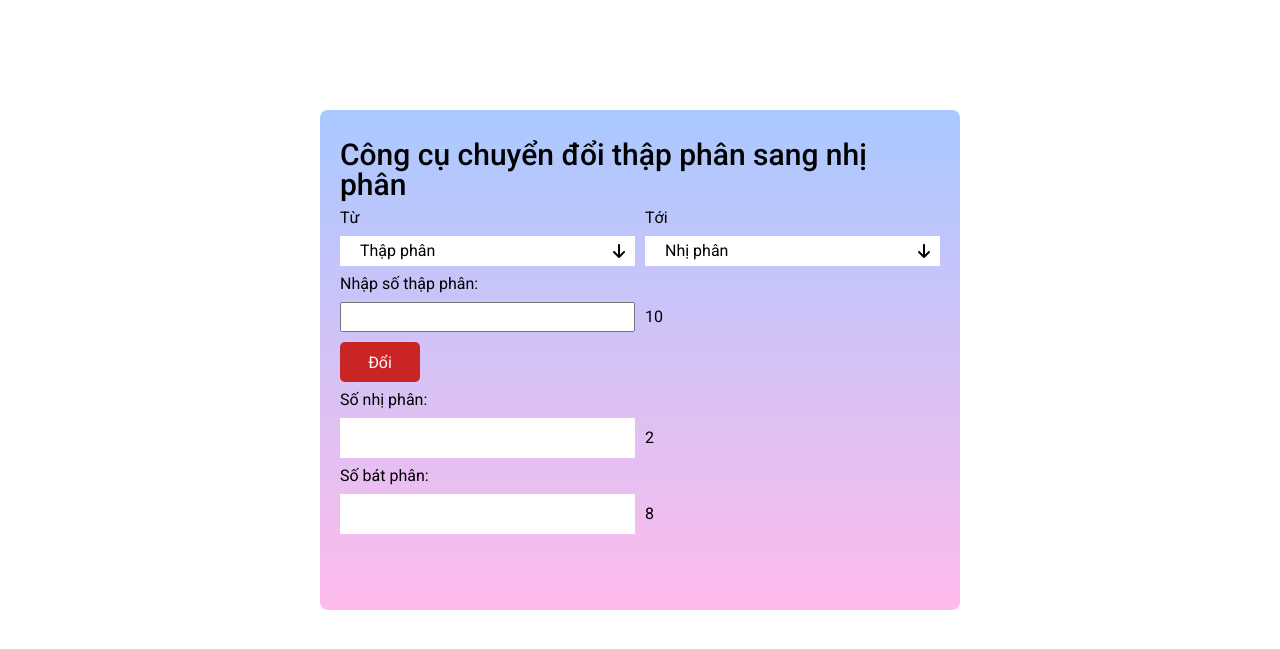
Repository: thuanpham00/covertNumber
Page: index.html
These files come from the project's save history. The page is drawn as it stood at one moment and after a run of saves; the edit follows.
The browser window is 1280 px wide. The pictures show the whole page.
Some web libraries are served in a nearby version. The style sheet was rebuilt from its Sass, Less or Tailwind sources for each picture, by a compiler version that may differ from the author's.

Above is the page before, as saved 2023-11-05 16:49:15.
Console error: TypeError: Cannot read properties of null (reading 'addEventListener')

After the next 2 saves:
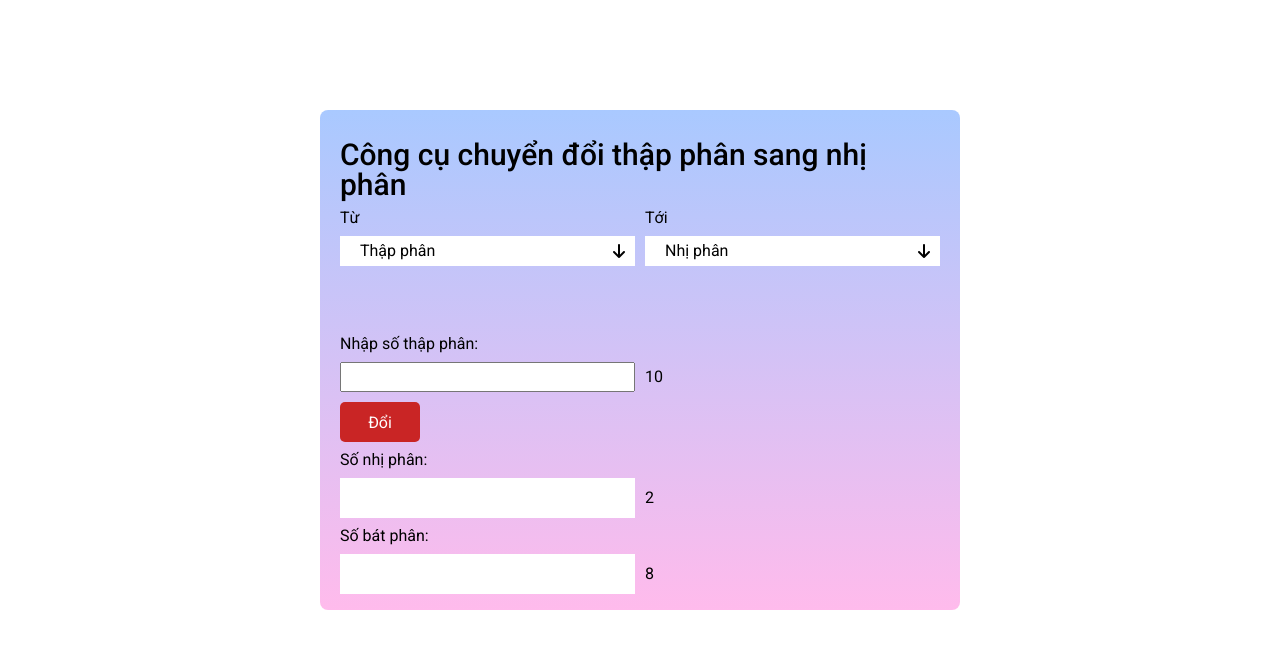
The 2 saves are shown as one change because they came seconds apart.
The last was saved 12 s later.
--- a/scss/main.scss
+++ b/scss/main.scss
@@ -222,7 +222,8 @@ button {
 }
 
 .list {
-    display: none;
+    opacity: 0;
+    visibility: visible;
     margin-left: auto;
     margin-top: 10px;
     padding-top: 5px;
